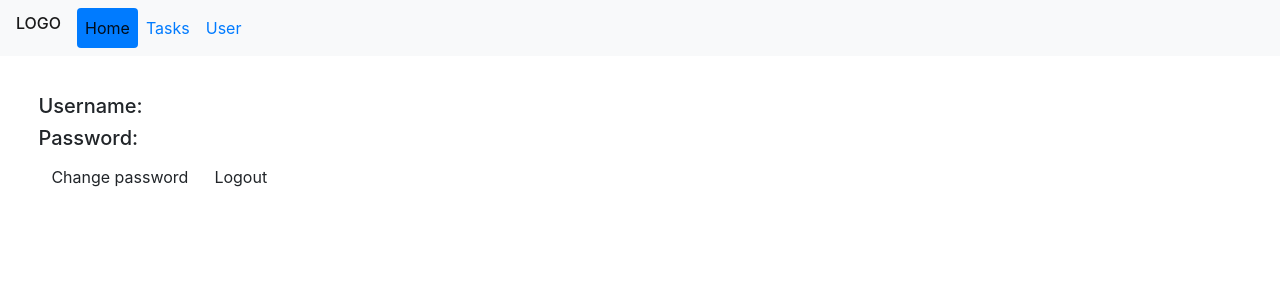
Repository: lalji-yadav/Nimapinfotech-demo-project
Page: /user
The author's editor kept a copy of each file at every save. The page is drawn from the files as they stood at one save, then again after the next save.
The browser window is 1280 px wide. The pictures show the whole page.
The project was rebuilt for these pictures with package versions that can differ from the ones it lists, and the page was loaded fresh each time. Also part of the build but not shown: src/components/Home.js, src/components/Tasks.js, src/components/Login.js.

Above is the page before, as saved 2021-01-17 19:34:17.

### src/App.js
// import './App.css';
import Navbar from "./components/Navbars";
import Login from "./components/Login";


function App() {
  return (
    <div>

    {/* <Login /> */}
    <Navbar />
    </div>
  );
}

export default App;

### src/components/Navbars.js
import React from 'react';
import { Navbar,Nav,NavDropdown,Form,FormControl ,Button } from 'react-bootstrap';
import {
  BrowserRouter as Router,
  Switch,
  Route,
  Link
} from "react-router-dom";

import Home from "./Home";
import Tasks from "./Tasks";
import User from "./Users";
import Login from "./Login";


const Navbars=()=> {
        return (
            <div>

              <Router>
                  <Navbar bg="light" expand="lg">
                      <Navbar.Brand> <h6>LOGO</h6></Navbar.Brand>
                      <Navbar.Toggle aria-controls="basic-navbar-nav" />
                      <Navbar.Collapse id="basic-navbar-nav">
                      <Nav variant="pills" defaultActiveKey="/">
                        <Nav.Item>
                          <Nav.Link href="/">Home </Nav.Link>
                        </Nav.Item>
                        <Nav.Item>
                          <Nav.Link eventKey="link-1"> <Link to="/tasks"> Tasks </Link> </Nav.Link>
                        </Nav.Item>
                        <Nav.Item>
                          <Nav.Link eventKey="link-2">
                          <Link to="/user"> User </Link>
                          </Nav.Link>
                        </Nav.Item>
                      </Nav>
                      </Navbar.Collapse>
                    </Navbar>


                    <Switch>
                      <Route exact path="/" component={Home} />

                      <Route exact path="/user" component={User} />

                      <Route exact path="/tasks" component={Tasks} />

                      <Route exact path="/login" component={Login} />

                    </Switch>
             </Router>

            </div>
        );
    }

export default Navbars;

### src/components/Users.js
import React from 'react';
import {Button} from 'react-bootstrap';
// import { TableBody,Button } from "@material-ui/core";

const User=()=> {

        return (
            <div style={{padding:"3%"}}>
                <div className="row" c>
                    <div className="col-sm-5">
                        <h5>Username:</h5> <span> </span>
                        <h5>Password:</h5> <span> </span>
                    </div>
                </div>

                <div className="row">
                    <div className="col-sm-4">
                    <Button variant="contained">Change password</Button>
                    <Button variant="contained">Logout</Button>
                    </div>

                </div>
            </div>
        );
    }

export default User;

### src/App.css
.scroll-tab {
    height: 55vh;
    margin: 3% 3% 5% 3%;
    overflow-y: scroll;
    border: "1px solid red";
}
::-webkit-scrollbar{
    width: 12px;
    height: 12px;
}
::-webkit-scrollbar-track {
    box-shadow: inset 0 0 10px #4A4A4A;
    border-radius: 10px;
    }

    ::-webkit-scrollbar-thumb {
    border-radius: 10px;
    background: #4A4A4A;
}

Loaded but not shown: public/index.html (common file); src/index.js (common file); src/index.css (common file); src/reportWebVitals.js (common file)

After the next save:
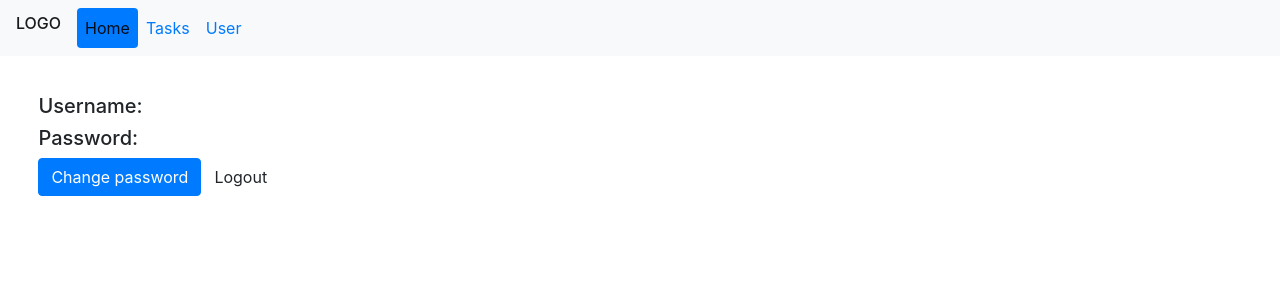
Saved 60 s later.
--- a/src/components/Users.js
+++ b/src/components/Users.js
@@ -15,7 +15,7 @@ const User=()=> {
 
                 <div className="row">
                     <div className="col-sm-4">
-                    <Button variant="contained">Change password</Button>
+                    <Button variant="primary">Change password</Button>
                     <Button variant="contained">Logout</Button>
                     </div>
 
